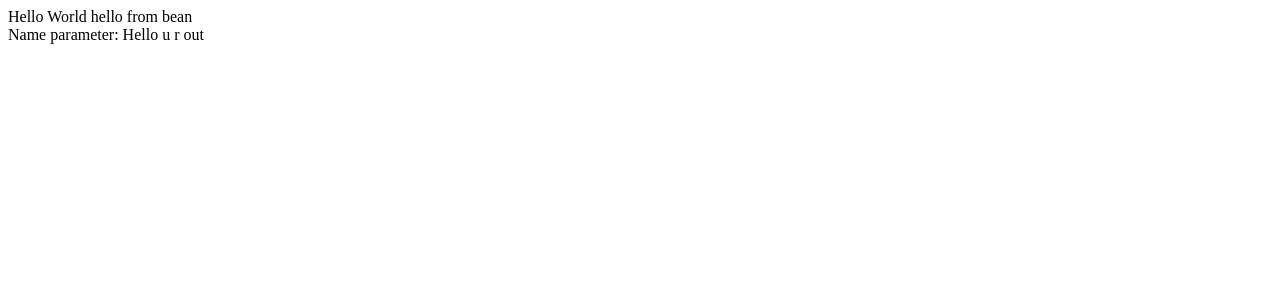
Repository: rkolan/DemoOne
Page: http://localhost/Tutorial-9-JSTL/jstl.jsp
These files come from the project's save history. The page is drawn as it stood at one moment and after the next save; the edit follows.
The browser window is 1280 px wide. The pictures show the whole page.
The page is served by Tomcat 9.

Above is the page before, as saved 2015-12-15 18:13:00.

After the next save:
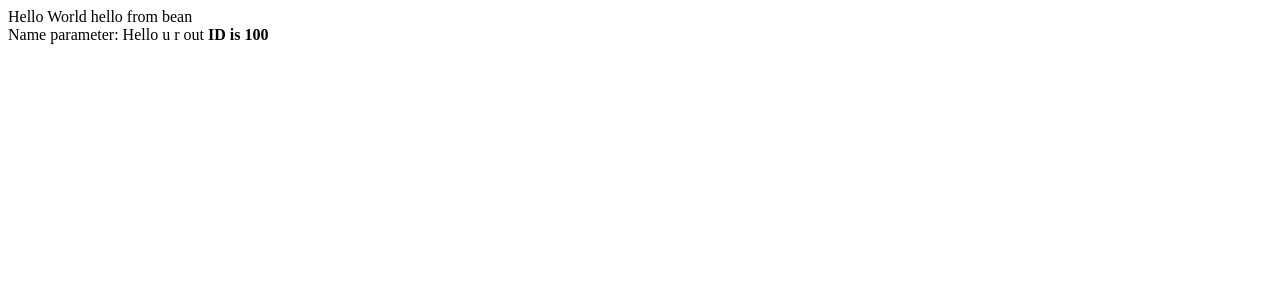
Saved 118 s later.
--- a/Tutorial-9-JSTL/WebContent/jstl.jsp
+++ b/Tutorial-9-JSTL/WebContent/jstl.jsp
@@ -31,6 +31,12 @@ Hello u r out
 <c:when test="${param.id==1 }">
 ID is equal to 1<br/>
 </c:when>
+<c:when test="${param.id==2 }">
+ID is equal to 2<br/>
+</c:when>
+<c:otherwise>
+<b> ID is 100</b>
+</c:otherwise>
 </c:choose>
 
 
